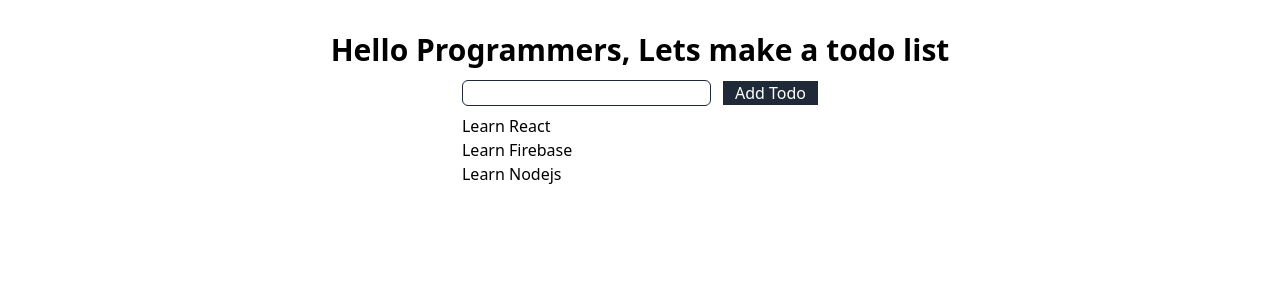
Repository: Shamraiz761/todo_list
Page: /
These files come from the project's save history. The page is drawn as it stood at one moment and after a run of saves; the edit follows.
The browser window is 1280 px wide. The pictures show the whole page.
The project was rebuilt for these pictures with package versions that can differ from the ones it lists, and the page was loaded fresh each time. Also part of the build but not shown: vite.config.js.

Above is the page before, as saved 2024-01-11 22:38:58.

After the next 3 saves:
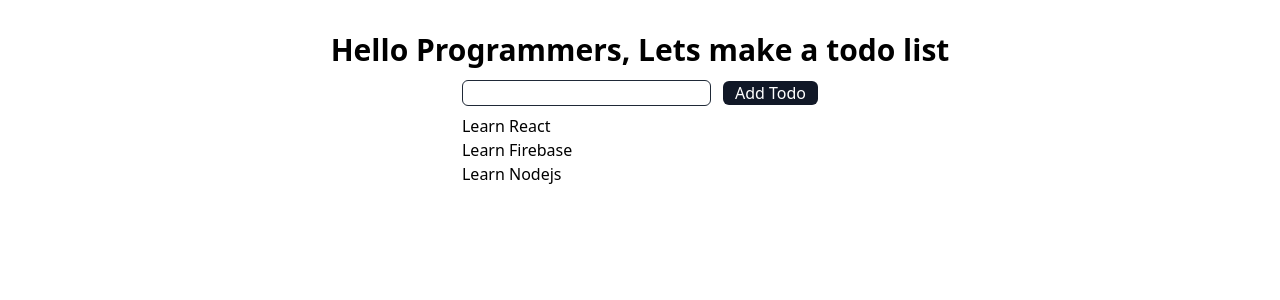
The 3 saves are shown as one change because they came seconds apart.
The last was saved 18 s later.
--- a/src/App.jsx
+++ b/src/App.jsx
@@ -29,7 +29,7 @@ function App() {
                 setInput(e.target.value);
               }}
             />
-            <button className="px-3 bg-gray-800 text-white font-medium" onClick={addTodo}>Add Todo</button>
+            <button className="px-3 bg-gray-900 rounded-md text-white font-medium" onClick={addTodo}>Add Todo</button>
           </form>
           <ul className="mt-2">
             {todo.map((item, index) => {
